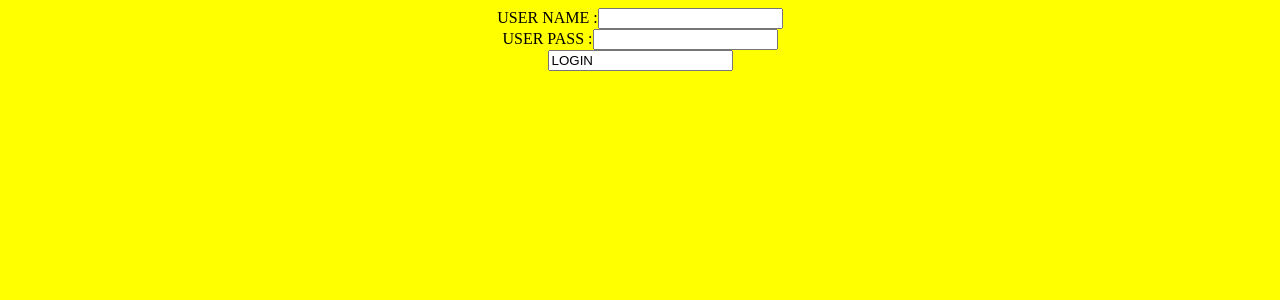
Repository: Thaneshwara848/E-Y
Page: Jdbc-Servlet-Jsp/Webemo5/src/main/webapp/LoginPage.html
These files come from the project's save history. The page is drawn as it stood at one moment and after the next save; the edit follows.
The browser window is 1280 px wide. The pictures show the whole page.

Above is the page before, as saved 2023-05-22 06:20:36.

After the next save:
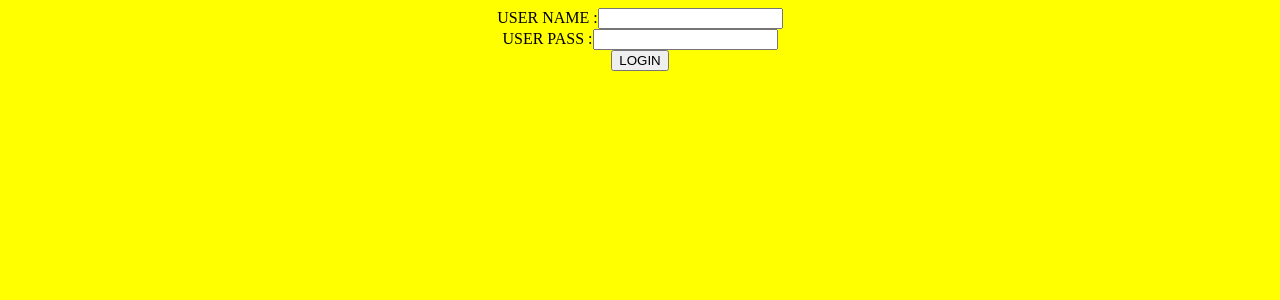
Saved 20 s later.
--- a/Jdbc-Servlet-Jsp/Webemo5/src/main/webapp/LoginPage.html
+++ b/Jdbc-Servlet-Jsp/Webemo5/src/main/webapp/LoginPage.html
@@ -12,7 +12,7 @@
 		USER NAME :<input type="text" name="uname"><br>
 		USER PASS :<input type="text" name="upass"><br>
 
-		<input type="text" value="LOGIN">
+		<input type="submit" value="LOGIN">
 	</form>
 
 </div>
